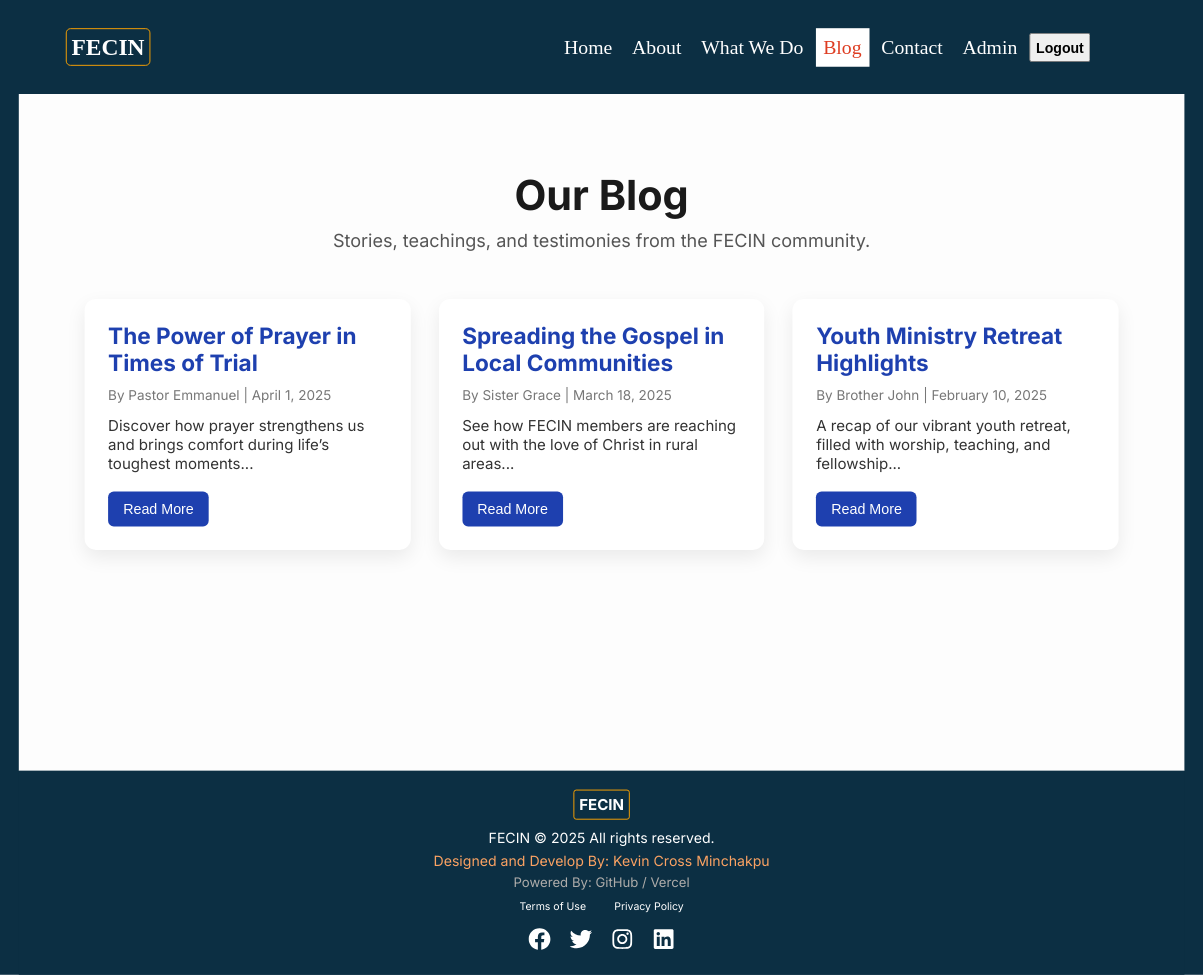
Repository: KCMinchakpu/fecin-projectgs497
Page: /blog
The author's editor kept a copy of each file at every save. The page is drawn from the files as they stood at one save, then again after the next save.
The browser window is 1280 px wide. The pictures show the whole page, at 94% of full size.
The project was rebuilt for these pictures with package versions that can differ from the ones it lists, and the page was loaded fresh each time. The framework's server and built-in components were replaced by stand-ins that run in the browser. Also part of the build but not shown: next.config.mjs.

Above is the page before, as saved 2025-04-05 17:22:10.

After the next save:
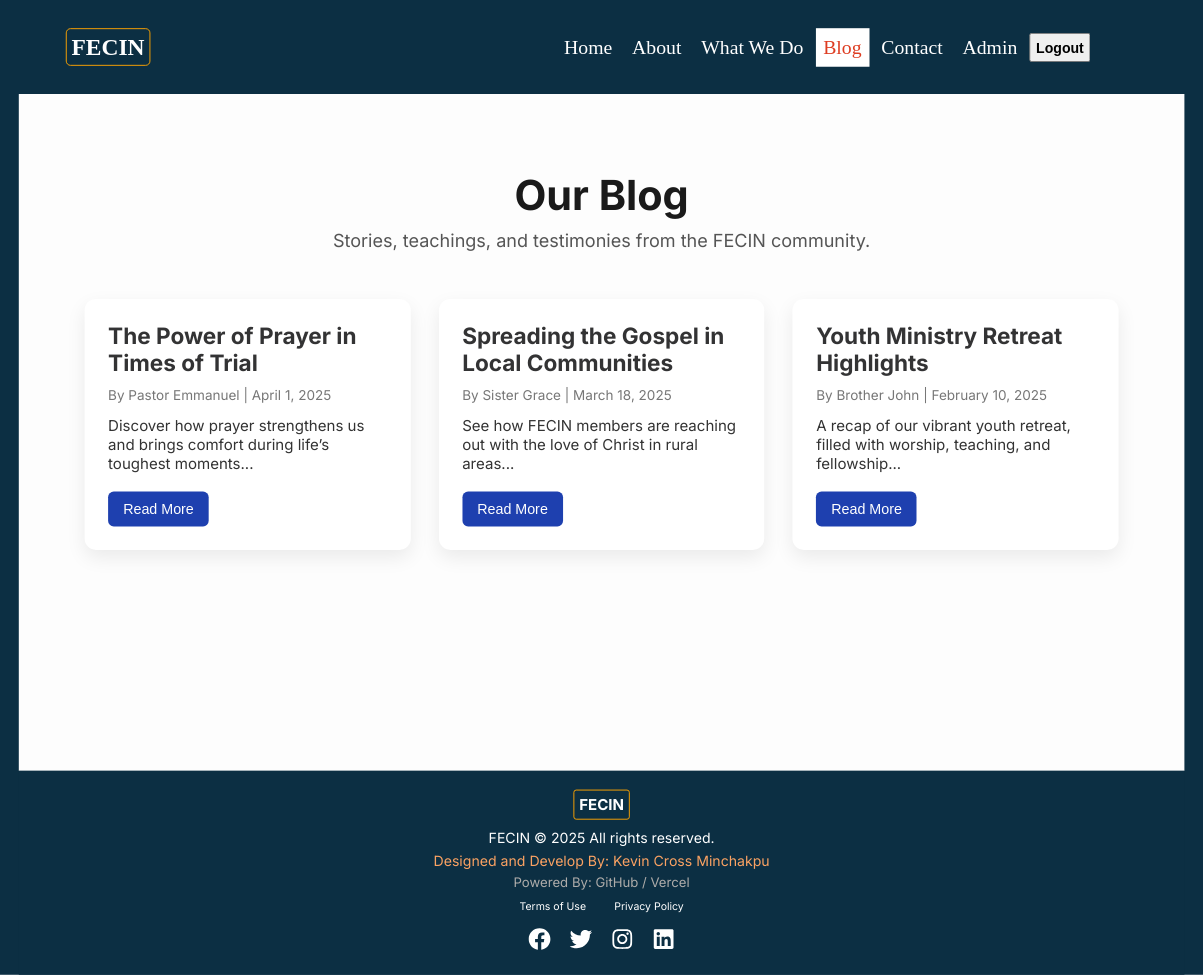
Saved 77 s later.
--- a/src/app/blog/blog.module.css
+++ b/src/app/blog/blog.module.css
@@ -43,7 +43,7 @@
 
   .cardTitle {
     font-size: 1.5rem;
-    color: #1e40af;
+    color: #333334;
     margin-bottom: 10px;
   }
 
